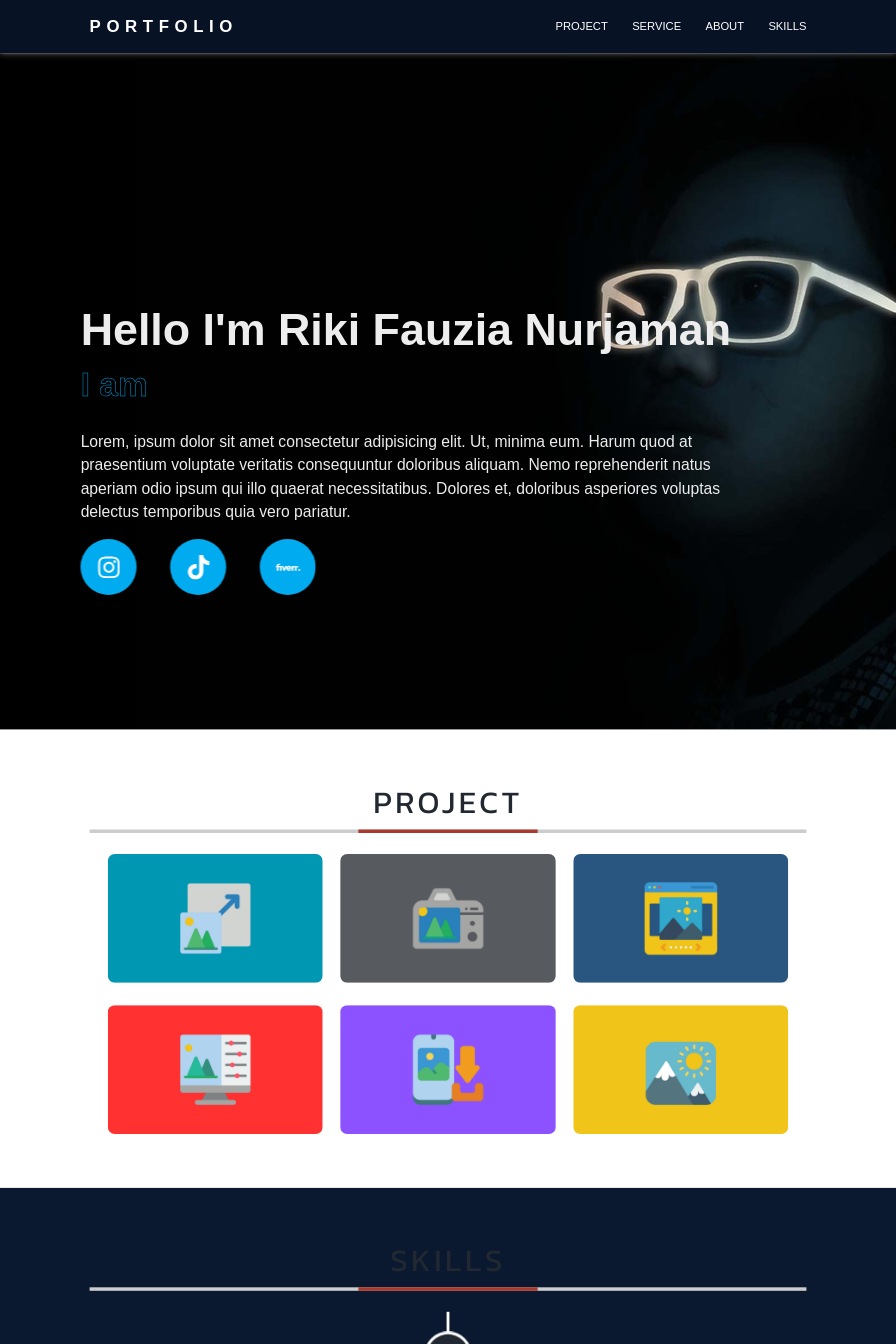
Repository: sellayspy/Portofolio
Page: /
The author's editor kept a copy of each file at every save. The page is drawn from the files as they stood at one save, then again after the next save.
The browser window is 1280 px wide. The pictures show the part of the page from y = 0 to 1920 px (the page is 4094 px tall before and 4140 px after), at 70% of full size.
The project was rebuilt for these pictures with package versions that can differ from the ones it lists, and the page was loaded fresh each time. Also part of the build but not shown: vite.config.js, src/styles/DetailPortfolio.css, src/components/ScrollToTop.jsx, src/pages/DetailPortfolio.jsx, src/pages/PagesNotFound.jsx.

Above is the page before, as saved 2024-09-16 10:25:58.

### index.html
<!DOCTYPE html>
<html lang="en">
  <head>
    <meta charset="UTF-8" />
    <link rel="icon" type="image/svg+xml" href="/vite.svg" />
    <meta name="viewport" content="width=device-width, initial-scale=1.0" />
    <title>Portofolio RikiFN</title>
  </head>
  <body>
    <div id="root"></div>
    <script type="module" src="/src/main.jsx"></script>
  </body>
</html>

### src/App.jsx
import "./App.css";
import Home from "./pages/Home";
import DetailPortfolio from "./pages/DetailPortfolio";

import { BrowserRouter, Routes, Route } from "react-router-dom";
import PagesNotFound from "./pages/PagesNotFound";

const App = () => {
  return (
    <BrowserRouter>
      <Routes>
        <Route path="/" element={<Home />} />
        <Route path="/portfolio/:id" element={<DetailPortfolio />} />
        <Route path="/pages-not-found" element={<PagesNotFound />} />
        <Route path="*" element={<PagesNotFound />} />
      </Routes>
    </BrowserRouter>
  );
};

export default App;

### src/App.css
/* Global */
@import url("https://fonts.googleapis.com/css2?family=Nunito+Sans:opsz,wght@6..12,300&display=swap");
@import url("https://fonts.googleapis.com/css2?family=Kanit&display=swap");

html,
body {
  margin: 0px;
  padding: 0px;
  border: none;
  outline: none;
  box-sizing: border-box;
  text-decoration: none;
  scroll-behavior: smooth;
  font-family: "poppins", sans-serif;
}
.wrapper {
  width: 1024px;
  margin: auto;
  padding: 20px 0px 20px 0px;
}

section {
  padding: 50px 0px 50px 0px;
}

.wrapper > h3,
.wrapper > h1 {
  text-align: center;
  font-size: 2.8rem;
  margin: 0px 0px 30px 0px;
  padding: 0px;
  font-family: "Kanit", sans-serif;
  color: #222831;
  letter-spacing: 5px;
  text-transform: uppercase;
  border-bottom: 5px solid #cccccc;
}
.wrapper > h3::after,
.wrapper > h1::after {
  content: "";
  display: block;
  border-bottom: 5px solid #aa392d;
  width: 25%;
  position: relative;
  bottom: -5px; /* your padding + border-width */
  margin: auto;
}

@media only screen and (max-width: 1000px) {
  .wrapper {
    width: 80%;
  }
}

### src/pages/Home.jsx
import About from "../components/About";
import Experience from "../components/Experience";
import Footer from "../components/Footer";
import Header from "../components/Header";
import Navbar from "../components/Navbar";
import Portfolio from "../components/Portfolio";

function Home() {
  return (
    <>
      <Navbar />
      <Header />
      <Portfolio />
      <Experience />
      <About />
      <Footer />
    </>
  );
}

export default Home;

### src/components/About.jsx
import { FaHtml5 } from "react-icons/fa";
import { IoLogoJavascript } from "react-icons/io";
import { FaCss3 } from "react-icons/fa";
import { FaLaravel } from "react-icons/fa";
import { FaReact } from "react-icons/fa";
import { RiTailwindCssFill } from "react-icons/ri";
import { SiCoreldraw } from "react-icons/si";
import { SiAdobephotoshop } from "react-icons/si";
import "../styles/About.css";

const About = () => {
  return (
    <section id="about">
      <div className="wrapper">
        <h3>About</h3>
        <p>
          Lorem ipsum dolor sit amet consectetur adipisicing elit. Totam magni,
          dolorum, explicabo obcaecati ut impedit officiis quae non natus
          praesentium ex, excepturi asperiores laboriosam distinctio vitae
          cupiditate nulla debitis consectetur?
        </p>
        <p>
          Lorem ipsum dolor sit amet consectetur, adipisicing elit. Corporis,
          similique.
        </p>
        <p>Lorem ipsum dolor sit amet.</p>
        <h4>Programing Language & Tools</h4>
        <div className="skills">
          <FaHtml5 />
          <FaCss3 />
          <IoLogoJavascript />
          <RiTailwindCssFill />
          <FaLaravel />
          <FaReact />
          <SiCoreldraw />
          <SiAdobephotoshop />
        </div>
      </div>
    </section>
  );
};

export default About;

### src/components/Footer.jsx
import "../styles/Footer.css";

const Footer = () => {
  return <footer>&copy; 2024. Riki Fauzia Nurjaman</footer>;
};

export default Footer;

### src/components/Header.jsx
import profilePicture from "../assets/test.png";
import { FaInstagram } from "react-icons/fa";
import { FaTiktok } from "react-icons/fa";
import { SiFiverr } from "react-icons/si";
import { useTypewriter, Cursor } from "react-simple-typewriter";
import "../styles/Header.css";
const Header = () => {
  const { text } = useTypewriter({
    words: ["Student", "Web Developer", "Designer"],
    loop: {},
  });

  return (
    <header>
      <div className="header-jumbotron">
        <h1>Hello I'm Riki Fauzia Nurjaman</h1>
        <h2>
          I am <span className="type-animation">{text}</span>
        </h2>
        <p>
          Lorem, ipsum dolor sit amet consectetur adipisicing elit. Ut, minima
          eum. Harum quod at praesentium voluptate veritatis consequuntur
          doloribus aliquam. Nemo reprehenderit natus aperiam odio ipsum qui
          illo quaerat necessitatibus. Dolores et, doloribus asperiores voluptas
          delectus temporibus quia vero pariatur.
        </p>
        <div className="socialMedia">
          <a href="https://www.instagram.com/rikifauzianurjaman/">
            <FaInstagram />
          </a>
          <a href="https://www.tiktok.com/@officialspylike">
            <FaTiktok />
          </a>
          <a href="https://www.fiverr.com/rikifauzianurja">
            <SiFiverr />
          </a>
        </div>
      </div>
    </header>
  );
};

export default Header;

### src/components/Navbar.jsx
import { FaBars } from "react-icons/fa6";
import { IoClose } from "react-icons/io5";
import "../styles/Navbar.css";
import { useState } from "react";
import { HashLink } from "react-router-hash-link";
import { Link } from "react-router-dom";

const Navbar = () => {
  const [statusTampil, setStatusTampil] = useState("");

  const tampilMenu = () => {
    if (statusTampil == "") {
      setStatusTampil("tampil");
    } else {
      setStatusTampil("");
    }
  };
  return (
    <nav>
      <div className="wrapper">
        <div className="logo">
          <Link to="/">Portfolio</Link>
        </div>
        <button onClick={tampilMenu}>
          {statusTampil == "" ? <FaBars /> : <IoClose />}
        </button>
        <div className={`menu ${statusTampil}`} onClick={tampilMenu}>
          <ul>
            <li>
              <HashLink to="/#portfolio">Project</HashLink>
            </li>
            <li>
              <HashLink to="/#contact">Service</HashLink>
            </li>
            <li>
              <HashLink to="/#about">About</HashLink>
            </li>
            <li>
              <HashLink to="/#experience">Skills</HashLink>
            </li>
          </ul>
        </div>
      </div>
    </nav>
  );
};

export default Navbar;

### src/components/Portfolio.jsx
import { portfolioList } from "../data/DataPortfolio";

import { Link } from "react-router-dom";

import "../styles/Portfolio.css";

const Portfolio = () => {
  return (
    <section id="portfolio">
      <div className="wrapper">
        <h3>Project</h3>
        <div className="grid">
          {portfolioList.map((item) => {
            return (
              <div className="item" key={item.id}>
                <Link to={`/portfolio/${item.id}`}>
                  <img src={item.image} />
                </Link>
              </div>
            );
          })}
        </div>
      </div>
    </section>
  );
};

export default Portfolio;

### src/data/DataPortfolio.jsx
import portfolio1 from "../assets/portfolio1.png";
import portfolio2 from "../assets/portfolio2.png";
import portfolio3 from "../assets/portfolio3.png";
import portfolio4 from "../assets/portfolio4.png";
import portfolio5 from "../assets/portfolio5.png";
import portfolio6 from "../assets/portfolio6.png";

export const portfolioList = [
  {
    id: "1",
    title: "Website Portofolio",
    image: portfolio1,
    skill: "html, css, javascript",
  },
  {
    id: "2",
    title: "Website Portofolio2",
    image: portfolio2,
    skill: "laravel, react, api, typescript, tailwind",
  },
  {
    id: "3",
    title: "Website Portofolio3",
    image: portfolio3,
    skill: "react, javascript, css, html",
  },
  {
    id: "4",
    title: "Website Portofolio4",
    image: portfolio4,
    skill: "reactjs, typescript, tailwind, nodejs",
  },
  {
    id: "5",
    title: "Desain Grafis Portofolio",
    image: portfolio5,
    skill: "adobephotoshop, coreldraw",
  },
  {
    id: "6",
    title: "Desain Grafis Portofolio2",
    image: portfolio6,
    skill: "adobephotoshop, coreldraw",
  },
];

### src/styles/About.css
#about {
  background-color: #eaedef;
  position: relative;
  font-size: 1.2rem;
}
#about > .wrapper {
  margin: auto;
  width: 50%;
}
#about > .wrapper > h3 {
  text-align: center;
  font-size: 2.8rem;
  margin: 0px 0px 30px 0px;
  padding: 0px;
  font-family: "Kanit", sans-serif;
  color: #333;
  letter-spacing: 5px;
  text-transform: uppercase;
}
#about > .wrapper > p {
  text-align: center;
}

#about > .wrapper > h4 {
  text-align: center;
  font-size: 1.4rem;
  margin: 0px 0px 20px 0px;
  padding: 0px;
  font-family: "Kanit", sans-serif;
  letter-spacing: 5px;
  color: #333;
}
.skills {
  text-align: center;
}
.skills > svg {
  display: inline-block;
  color: #74797e;
  width: 50px;
  height: auto;
  margin: 10px;
  cursor: pointer;
}

.skills > svg:hover {
  color: #aa392d;
}

@media only screen and (max-width: 1000px) {
  #about > .wrapper {
    width: 80%;
  }
}

### src/styles/Experience.css
#experience {
  background-color: #0a192f;
  position: relative;
}

### src/styles/Footer.css
footer {
  background-color: #39404a;
  text-align: center;
  line-height: 100px;
  color: #fff;
  letter-spacing: 5px;
}

### src/styles/Header.css
:root {
  --bg-color: #081b29;
  --second-bg-color: #112e43;
  --text-color: #ededed;
  --main-color: #00abf0;
}

header {
  background-color: var(--bg-color);
  color: var(--text-color);
  padding: 10rem 9% 2rem;
}

header {
  background: url(../assets/background.jpg);
  background-position: center;
  background-size: cover;
}

.header-jumbotron {
  width: 60rem;
  padding: 10rem 0;
}

.header-jumbotron h1 {
  font-size: 4rem;
  line-height: 1;
}

.header-jumbotron h2 {
  margin-top: -20px;
  font-size: 3rem;
  color: transparent;
  -webkit-text-stroke: 0.7px var(--main-color);
  line-height: 1;
}

.type-animation {
  color: red;
}

.header-jumbotron p {
  font-size: 1.4rem;
  line-height: 1.5;
}

.socialMedia {
  color: #fff;
  display: flex;
  gap: 3rem;
}

.socialMedia > a {
  background: transparent;
  color: var(--bg-color);
  border-radius: 50%;
  align-items: center;
  cursor: pointer;
  position: relative;
  z-index: 1;
  transition: transform 0.3s ease-in-out;
}

.socialMedia > a::after {
  position: absolute;
  border-radius: 50%;
  content: "";
  width: 100%;
  height: 100%;
  top: 0;
  left: 0;
  background: var(--main-color);
  z-index: -1;
}

.socialMedia > a > svg {
  height: 35px;
  width: auto;
}

.socialMedia > a {
  background-color: #222831;
  color: #fff;
  width: 80px;
  height: 80px;
  border-radius: 50%;
  display: flex;
  justify-content: center;
  align-items: center;
  transition: transform 0.3s ease-in-out;
}

.socialMedia > a:hover {
  background-color: #aa392d;
  box-shadow: 0px 0px 10px rgba(255, 255, 255, 0.5);
  transform: scale(1.2);
}

/*
.socialMedia > a:hover {
  background-color: #aa392d;
  box-shadow: 0px 0px 10px rgba(255, 255, 255, 0.5);
  transform: scale(1.2);
} */

/* .header-jumbotron > img {
  width: 280px;
  border: 5px solid skyblue;
  border-radius: 100%;
  box-shadow: 0px 0px 20px rgba(255, 255, 255, 0.5);
}

.header-jumbotron > .header-text > .animated-tex {
  color: #fff;
  margin: 20px 0px 0px 0px;
  padding: 0px;
  font-size: 2.5rem;
}

.animated-tex span {
  position: relative;
}

.animated-tex span::before {
  content: "Student";
  background: linear-gradient(270deg, #df8908 10%, #b415ff 100%);
  background-clip: text;
  -webkit-background-clip: text;
  -webkit-text-fill-color: transparent;
  animation: words 20s infinite;
}

.animated-tex span::after {
  content: "";
  position: absolute;
  width: calc(100% + 8px);
  height: 100%;
  background-color: #0a192f;
  border-left: 2px solid #e03fd8;
  right: -2px;
  animation: cursor 0.8s infinite, typing 20s steps(14) infinite;
}
@keyframes cursor {
  to {
    border-left: 2px solid #fff;
  }
}
@keyframes words {
  0%,
  34% {
    content: "Programmer";
  }
  25%,
  68% {
    content: "Designer";
  }
  69%,
  100% {
    content: "Gamer";
  }
}
@keyframes typing {
  10%,
  15%,
  30%,
  35%,
  50%,
  55%,
  70%,
  75%,
  90%,
  95% {
    width: 0;
  }
  5%,
  20%,
  25%,
  40%,
  45%,
  60%,
  65%,
  80%,
  85% {
    width: calc(100% + 8px);
  }
}

.header-jumbotron > .header-text > h3 {
  position: relative;
  color: #0e3742;
  margin: 10px 0px 0px 0px;
  padding: 0px;
  font-size: 3.5rem;
  text-transform: uppercase;
  line-height: 0.7em;
  outline: none;
  animation: animate 5s linear forwards;
}

@keyframes animate {
  0% {
    color: #0e3742;
    text-shadow: none;
  }
  100% {
    color: #fff;
    text-shadow: 0 0 10px #03bcf4, 0 0 20px #03bcf4, 0 0 40px #03bcf4,
      0 0 80px #03bcf4, 0 0 160px #03bcf4;
  }
}

.header-jumbotron > .header-text > p {
  padding: 15px;
  margin: 0px 5px 20px 5px;
  color: #fff;
  font-size: 1.2rem;
}

} */

### src/styles/Navbar.css
nav {
  background-color: #081225;
  color: #fff;
  position: sticky;
  top: 0;
  z-index: 100;
  text-transform: uppercase;
  box-shadow: 0px 0px 10px rgba(255, 255, 255, 0.5);
}
nav > .wrapper {
  display: flex;
  justify-content: space-between;
  align-items: center;
}

.menu {
  width: 35%;
}

.logo {
  display: flex;
  align-items: center;
}
.logo > a {
  color: #fff;
  text-decoration: none;
  font-size: 1.5rem;
  font-weight: 900;
  letter-spacing: 8px;
}
.menu > ul {
  display: flex;
  list-style-type: none;
  margin: 0px;
  padding: 0px;
  justify-content: space-between;
  font-weight: bold;
}

.menu > ul > li > a {
  position: relative;
  text-decoration: none;
  color: #fff;
}

.menu > ul > li > a::before {
  content: "";
  position: absolute;
  top: 100%;
  left: 0;
  width: 0;
  height: 2px;
  background: yellow;
  transition: 0.3s;
}

.menu > ul > li > a:hover::before {
  width: 100%;
}

nav > .wrapper > button {
  cursor: pointer;
  display: none;
  position: absolute;
  right: 10px;
  top: 10px;
  border: 0px;
  background-color: transparent;
  padding: 0px;
}
nav > .wrapper > button > svg {
  color: #fff;
  font-size: 50px;
}
@media only screen and (max-width: 1000px) {
  .menu > ul {
    display: none;
  }
  .menu.tampil > ul {
    display: inline;
  }
  .menu {
    text-align: right;
  }
  nav > .wrapper > button {
    display: inline;
  }
  .menu > ul {
    flex-direction: column;
    background-color: #060d1c;
    width: 100%;
    position: fixed;
    top: 70px;
    left: 0;
  }
  .menu > ul > li {
    text-align: left;
    cursor: pointer;
  }
  .menu > ul > li > a {
    display: inline-block;
    padding: 15px 20px 15px 50px;
    width: 100%;
  }
  .menu > ul > li > a:hover {
    background-color: #000;
  }
}

### src/styles/Portfolio.css
.grid {
  display: grid;
  grid-template-columns: 30% 30% 30%;
  grid-gap: 25px;
  justify-content: center;
}

.grid > .item > a > img {
  width: 100%;
  border-radius: 10px;
}

@media only screen and (max-width: 1000px) {
  .grid {
    grid-template-columns: 45% 45%;
  }
}

Loaded but not shown: src/main.jsx (common file); src/index.css (common file); src/components/Experience.jsx (108 lines, source omitted)

After the next save:
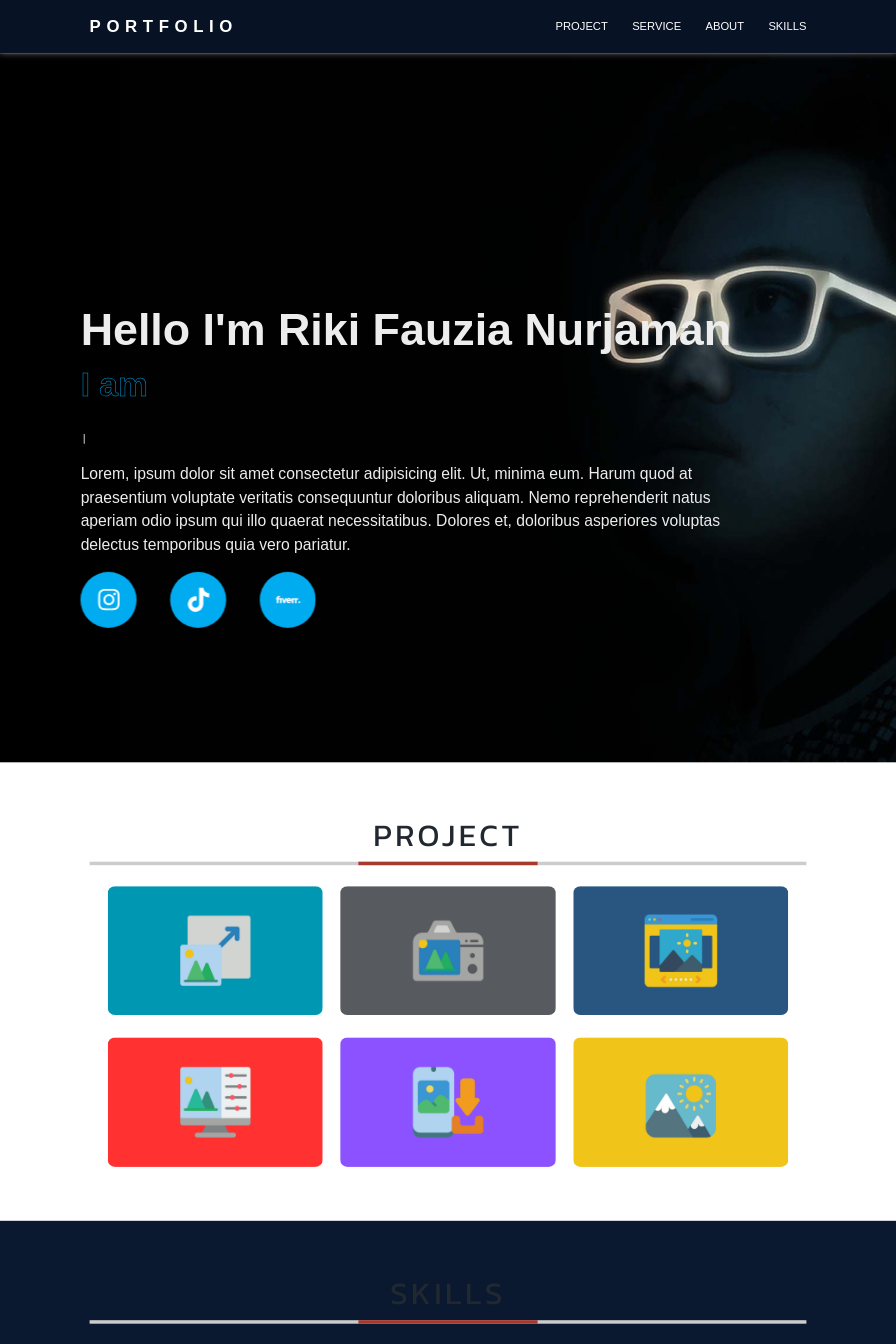
Saved 38 s later.
--- a/src/components/Header.jsx
+++ b/src/components/Header.jsx
@@ -17,6 +17,7 @@
         <h2>
           I am <span className="type-animation">{text}</span>
         </h2>
+        <Cursor />
         <p>
           Lorem, ipsum dolor sit amet consectetur adipisicing elit. Ut, minima
           eum. Harum quod at praesentium voluptate veritatis consequuntur

After the save that followed:
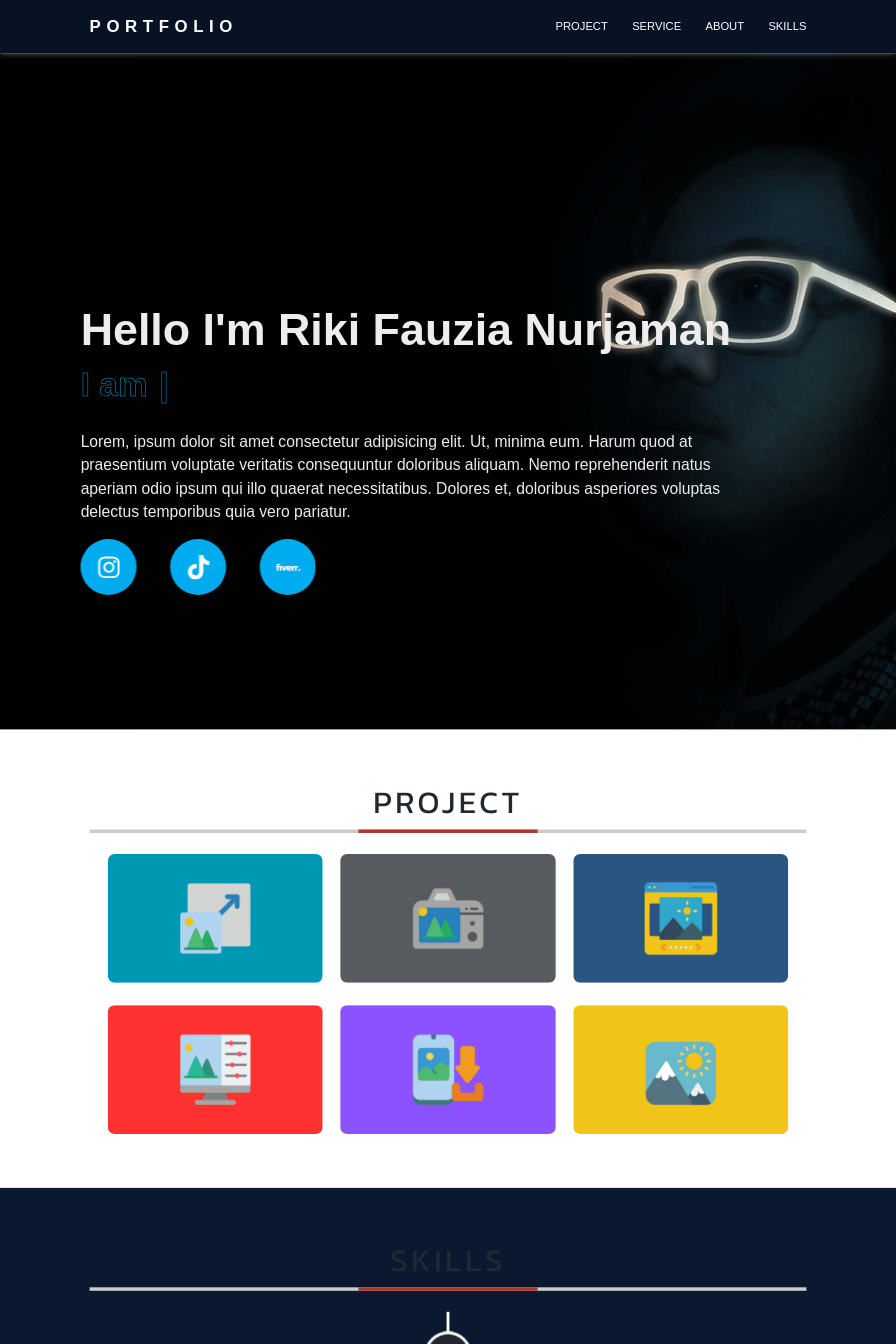
Saved 13 s later.
--- a/src/components/Header.jsx
+++ b/src/components/Header.jsx
@@ -16,8 +16,9 @@
         <h1>Hello I'm Riki Fauzia Nurjaman</h1>
         <h2>
           I am <span className="type-animation">{text}</span>
+          <Cursor />
         </h2>
-        <Cursor />
+
         <p>
           Lorem, ipsum dolor sit amet consectetur adipisicing elit. Ut, minima
           eum. Harum quod at praesentium voluptate veritatis consequuntur
